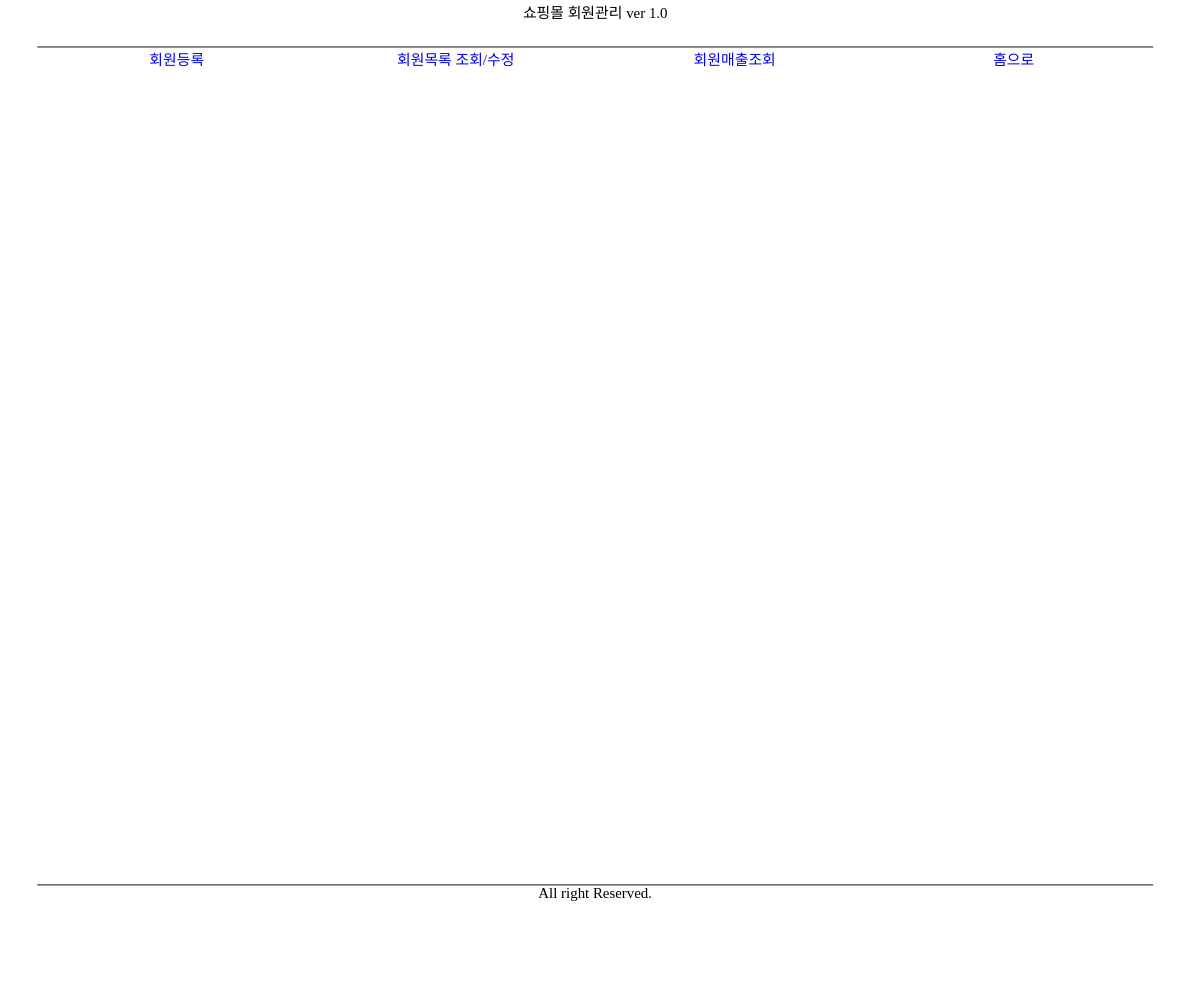
Repository: foodduck/HRD_exam
Page: http://localhost/HRD_1234/
The author's editor kept a copy of each file at every save. The page is drawn from the files as they stood at one save, then again after the next save.
The browser window is 1280 px wide. The pictures show the whole page, at 93% of full size.
The page is served by Tomcat 9.

Above is the page before, as saved 2022-02-14 07:07:43.

After the next save:
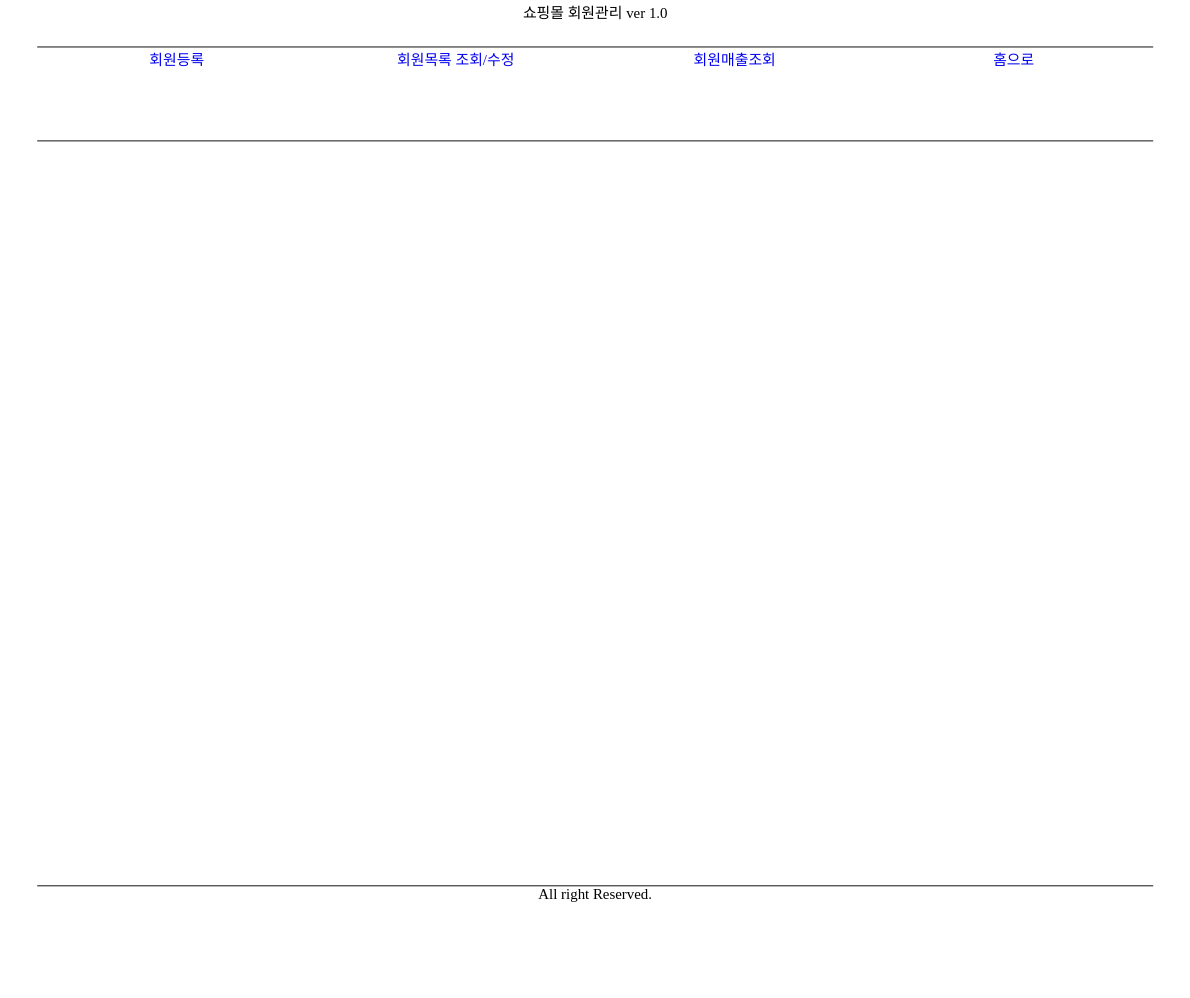
Saved 75 s later.
--- a/HRD_1234/WebContent/index.jsp
+++ b/HRD_1234/WebContent/index.jsp
@@ -15,8 +15,8 @@
 
 	.hd {height:50px; width: 1200px; border-bottom:solid black 1px;}
 	nav {clear:both;}
-	.tnb {height: 100px; width: 1200px; margin:0 auto; text-align:center;}
-	.tnb li { float:left; width:300px;}
+	.gnb {height: 100px; width: 1200px; margin:0 auto; text-align:center; border-bottom:solid black 1px;}
+	.gnb li { float:left; width:300px;}
 	.sec {width:100%; height:800px;}
 	.ft {clear:both; width:100%; height:120px; border-top:solid 1px black;}
 </style>
@@ -29,7 +29,7 @@
 	</div>
 	</header>
 	<nav>
-	<ul class="tnb">
+	<ul class="gnb">
 		<li><a href="makecustNo.jsp">회원등록</a></li>
 		<li><a href="memberList.jsp">회원목록 조회/수정</a></li>
 		<li><a href="memberSales">회원매출조회</a></li>
